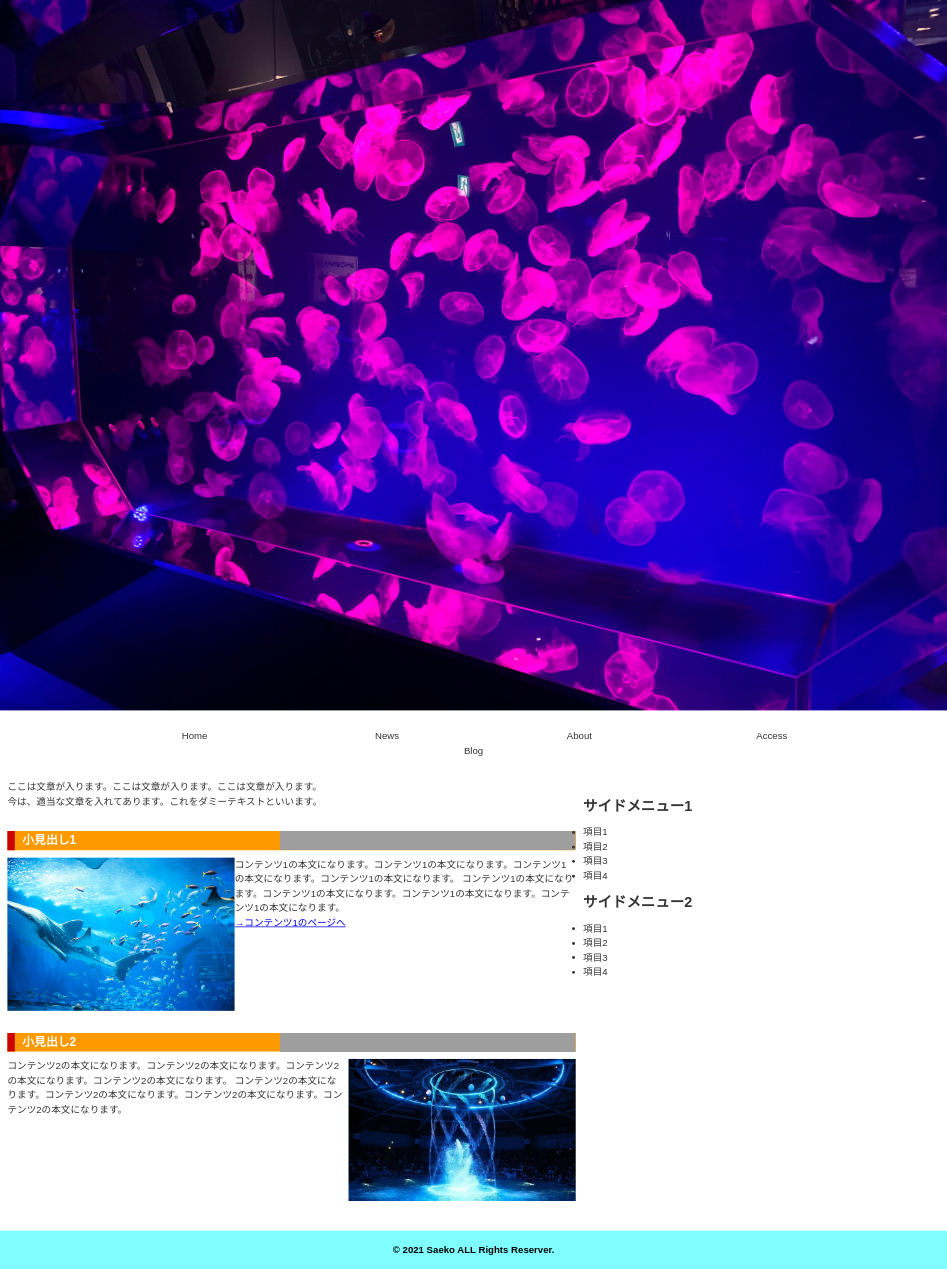
Repository: mizoguhi/mizoguhi
Page: test/saeko.html
The author's editor kept a record of every edit. The page is drawn from the files as they stood at one moment, then again after the next edit.
The browser window is 1280 px wide. The pictures show the whole page, at 74% of full size.
Pictures or frames that could not be fetched are drawn as grey boxes.

Above is the page before.

### test/saeko.html
<!DOCTYPE html>
<html lang="ja">

<head>
    <meta charset="UTF-8">
    <title>Japanese Aquarium</title>
    <link rel="stylesheet" href="stylesheet.css">
</head>

<body>
    <div id="header">
         <h1>
             <a href="saeko.html">
             </a>
         </h1>
    </div>
   <div class="exanple">
        <img id="corridor" src="aquarium.jpg" alt="水族館"/>

   </div>
    <div id="wapper">
 <nav>
　<ul>
　　<li class=”current”><a href=”#”>Home</a></li>
　　<li><a href=”#”>News</a></li>
　　<li><a href=”#”>About</a></li>
　　<li><a href=”#”>Access</a></li>
　　<li><a href=”#”>Blog</a></li>
　</ul>
</nav>

 <div id="container">
                <div id="main">
                    <div class="post">
                        <p>ここは文章が入ります。ここは文章が入ります。ここは文章が入ります。<br />今は、適当な文章を入れてあります。これをダミーテキストといいます。</p>
                    </div>
                    <div class="post clearfix">
                        <h2>小見出し1</h2>
                        <img class="left" src="zinbei.jpg" alt="水槽" />
                        <p>
                            コンテンツ1の本文になります。コンテンツ1の本文になります。コンテンツ1の本文になります。コンテンツ1の本文になります。
                            コンテンツ1の本文になります。コンテンツ1の本文になります。コンテンツ1の本文になります。コンテンツ1の本文になります。
                        </p>
                        <p><a href="#">→コンテンツ1のページへ</a></p>
                    </div>
                    <div class="post clearfix">
                        <h2>小見出し2</h2>
                        <img class="right" src="iruka.jpg" alt="イルカショー" />
                       <p>
                            コンテンツ2の本文になります。コンテンツ2の本文になります。コンテンツ2の本文になります。コンテンツ2の本文になります。
                            コンテンツ2の本文になります。コンテンツ2の本文になります。コンテンツ2の本文になります。コンテンツ2の本文になります。
                        </p>
                    </div>
                </div>
            </div>
　　<div id="side">
                    <div class="box">
                        <h2>サイドメニュー1</h2>
                        <div class="boxBody">
                            <ul>
                            <li>項目1</li>
                                <li>項目2</li>
                                <li>項目3</li>
                                <li>項目4</li>
                            </ul>
                        </div>
                    </div>
                    <div class="box">
                        <h2>サイドメニュー2</h2>
                        <div class="boxBody">
                            <ul>
                                <li>項目1</li>
                                <li>項目2</li>
                                <li>項目3</li>
                                <li>項目4</li>
                            </ul>
                        </div>
                    </div>
                </div>
    <div id="footer">
         <p>&copy; 2021 Saeko ALL Rights Reserver.</p>
    </div>
    </body>
<html>

### test/stylesheet.css
@charset "utf-8";

body {
	margin: 0;
	padding: 0;
	font-family: "ヒラギノ角ゴ Pro W3", "Hiragino Kaku Gothic Pro", "メイリオ", Meiryo, Osaka, "ＭＳ Ｐゴシック", "MS PGothic", sans-serif;
	color: #333;
	font-size: 13px;
	line-height: 150%;
}

#wrapper {
	width: 100%;
	margin: auto;
	padding: 0px;
	border: 0px;
	background-color: #FFF;
	 top: 10px;
position: relative;
}

 #header {
 	width: 100%;
 }
 #header h1 {
 	 margin: 0;
	 padding: 0;
}

 #corridor {
	 width: 100%;
	 height: auto;
 }

 #footer {
 	 clear: both;
 	 width: 100%;
 	 padding: 3px 0 3px 0;
 	 background: #7fffff;
 	 color: #000;
 	 font-weight: bold;
 	 text-align: center;
 }
nav{
text-align: center;
}
nav ul{
margin: 0 ;
padding: 0 ;
}
nav ul li{
list-style: none;
display: inline-block;
width: 18%;
min-width: 90px;
}
nav ul li a{
text-decoration: none;
color: #333;
}
nav ul li.current a{
color: #F33135;
}
nav ul li a:hover{
color: #0000cd;
}
#container {
	 width: 100%;
	 margin: auto ;
	 padding-top: 20px;
	 clear: both;
 }

 #main {
	 float: left;
	 width: 60%;
	 padding: 10px 10px 10px 10px;
 }
 #main h2 {
	 margin: 0 0 10px 0;
	 padding: 3px 10px 3px 10px;
	 color: #FFF;
	 font-size: 16px;
	 border-left: solid 10px #C00;
	 background: #F90 url(../images/main_h2.jpg) right top repeat-y;
 }
 #main p {
	 margin: 0;
	 padding: 0;
 }
 #main .post {
	 margin: 0 0 30px 0;
 }

 #main .post img.right {
	 margin: 0 0 0 8px;
 }
 #main .post img.left {
	 margin: 0 0 0 0;
 }

 .right {
	 float: right;
	 width: 40%;
	 height: auto;
 }
 .left {
	 float: left;
	 width: 40%;
	 height: auto;
 }
 .clearfix {
	 zoom: 1;
 }
 .clearfix:after{
	 content: "";
	 display: block;
	 clear: both;
 }

After the next edit:
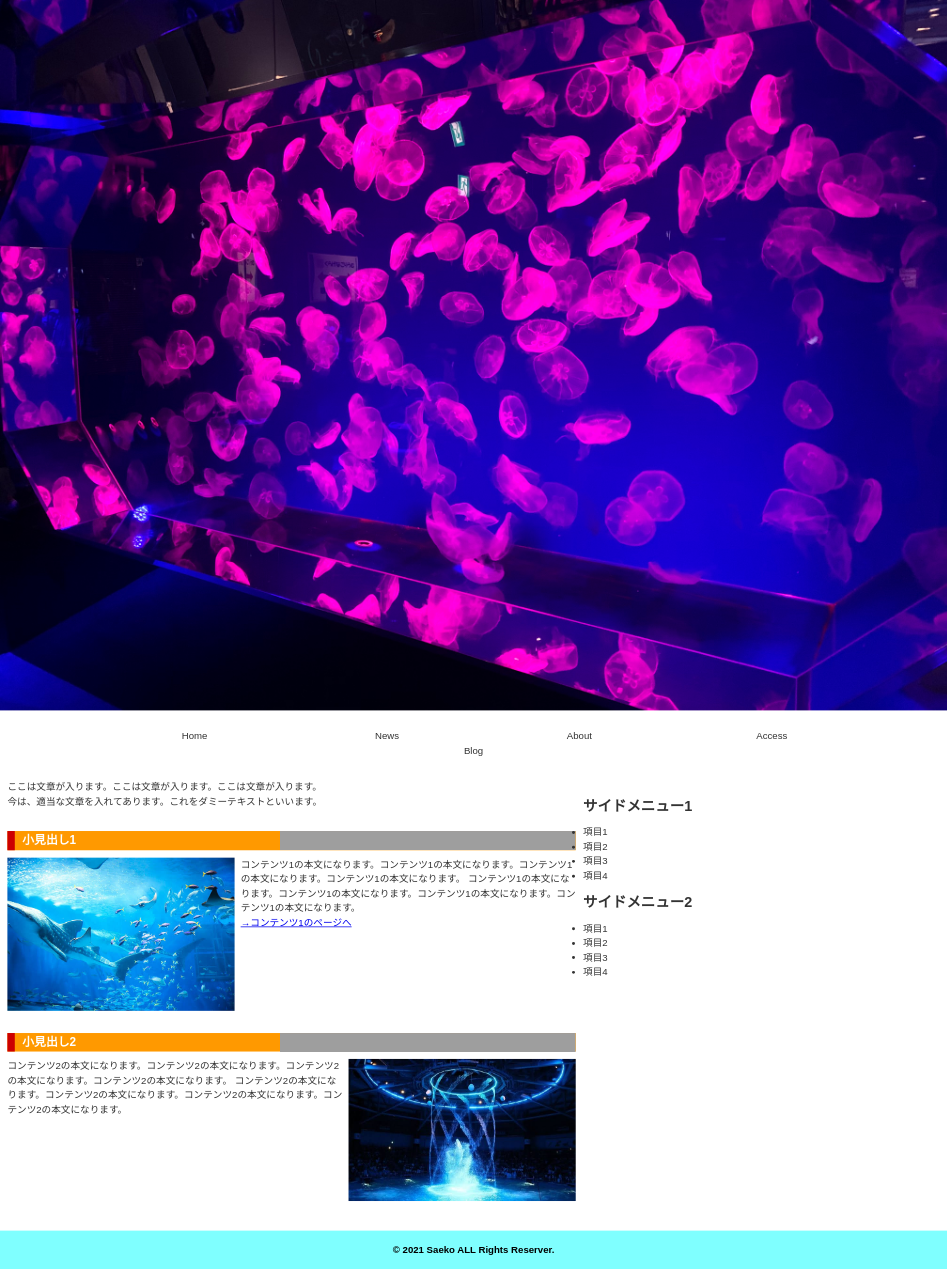
The edit:
--- a/test/stylesheet.css
+++ b/test/stylesheet.css
@@ -96,7 +96,7 @@
 	 margin: 0 0 0 8px;
  }
  #main .post img.left {
-	 margin: 0 0 0 0;
+	 margin: 0 8px 0 0;
  }
 
  .right {
